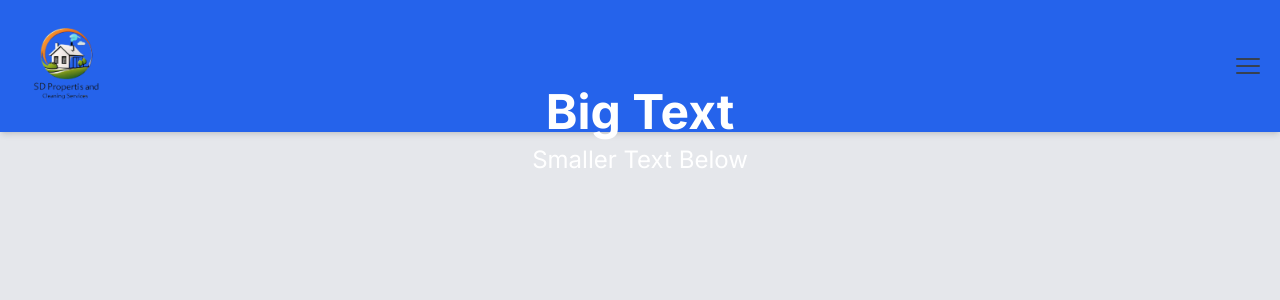
Repository: devmskhan/sdpropandclean
Page: /
These files come from the project's save history. The page is drawn as it stood at one moment and after the next save; the edit follows.
The browser window is 1280 px wide. The pictures show the whole page.
The project was rebuilt for these pictures with package versions that can differ from the ones it lists, and the page was loaded fresh each time. The framework's server and built-in components were replaced by stand-ins that run in the browser. Also part of the build but not shown: next.config.mjs.

Above is the page before, as saved 2024-09-02 14:25:07.

After the next save:
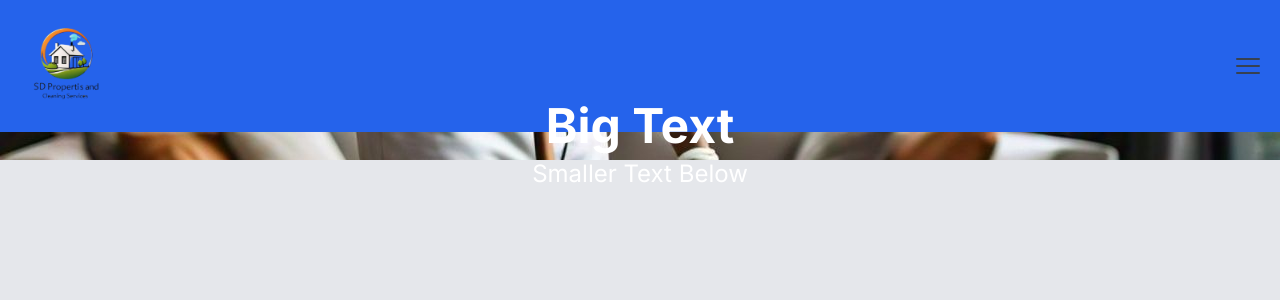
Saved 5 s later.
--- a/components/Body.tsx
+++ b/components/Body.tsx
@@ -3,7 +3,7 @@
 
 function Body() {
     return (
-        <div className="relative w-full h- bg-cover bg-center text-white"
+        <div className="relative w-full h-7 bg-cover bg-center text-white"
          style={{ backgroundImage: 'url("/pic1.jpg")' }}>
       <div className="absolute inset-0 flex flex-col justify-center items-center text-center">
         {/* Larger Text */}

After the save that followed:
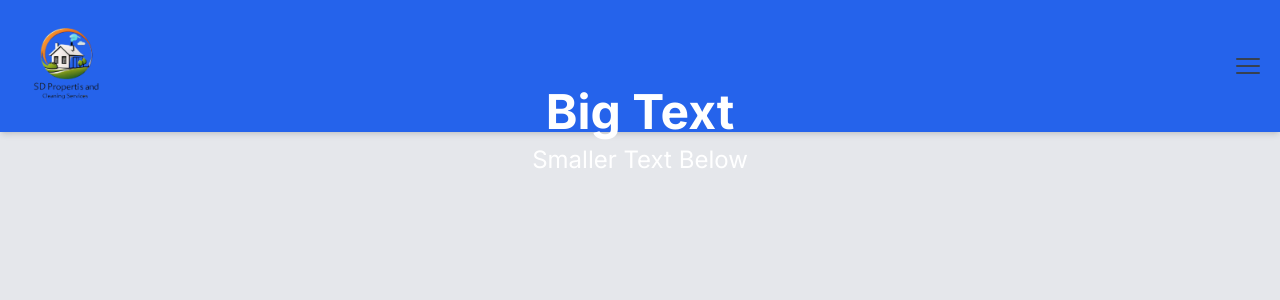
Saved 12 s later.
--- a/components/Body.tsx
+++ b/components/Body.tsx
@@ -3,7 +3,7 @@
 
 function Body() {
     return (
-        <div className="relative w-full h-7 bg-cover bg-center text-white"
+        <div className="relative w-full h-76 bg-cover bg-center text-white"
          style={{ backgroundImage: 'url("/pic1.jpg")' }}>
       <div className="absolute inset-0 flex flex-col justify-center items-center text-center">
         {/* Larger Text */}
